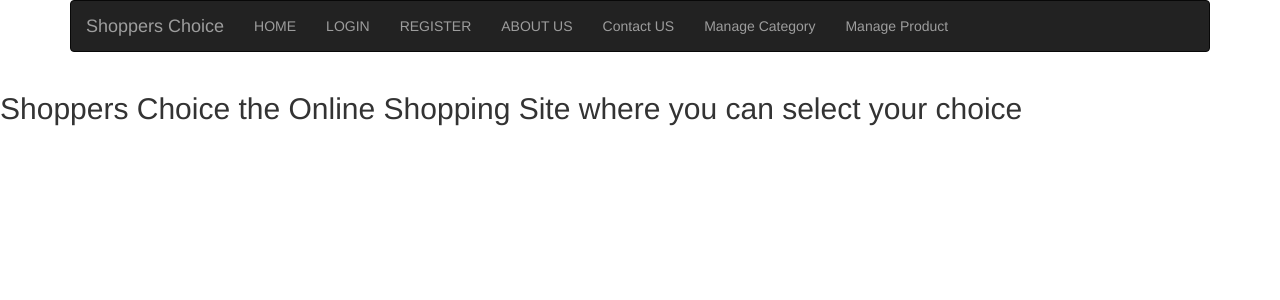
Repository: ShivaniSharma97/NewWorkspace
Page: http://localhost/ShoppersChoiceFrontend/WEB-INF/views/AboutUs.jsp
The author's editor kept a copy of each file at every save. The page is drawn from the files as they stood at one save, then again after the next save.
The browser window is 1280 px wide. The pictures show the whole page.
The page is served by Tomcat 9. Nobody is signed in. Other server files are loaded and not shown. The template is opened directly, without the code that normally fills it, so the values that code supplies are empty.

Above is the page before, as saved 2019-02-12 16:49:17.

### ShoppersChoiceFrontend/src/main/webapp/WEB-INF/views/AboutUs.jsp
<%@ page language="java" contentType="text/html"%>
<%@include file="Header.jsp" %>
<html>
<head>
<title></title>
<body>
<h2>Shoppers Choice the Online Shopping Site where you can select your choice</h2>
</body>
</html>

### ShoppersChoiceFrontend/src/main/webapp/WEB-INF/views/Header.jsp
<%@ page language="java" contentType="text/html"%>
<%@taglib uri="http://java.sun.com/jsp/jstl/core" prefix="c" %>
<html>
<head>
<meta charset="ISO-8859-1">
<title>$(pageinfo)Shoppers choice</title>
<link rel="stylesheet" href="https://maxcdn.bootstrapcdn.com/bootstrap/3.3.7/css/bootstrap.min.css">
<script src="https://ajax.googleapis.com/ajax/libs/jquery/3.3.1/jquery.min.js"></script>
<script src="https://maxcdn.bootstrapcdn.com/bootstrap/3.3.7/js/bootstrap.min.js"></script>
</head>
<body>
<Background img="C:\Users\ABHAY\Downloads.jfif" width="1300px" height="350px"/>
<div class="container">
    <nav class="navbar navbar-inverse">
        <div class="container-fluid">
           <div class="navbar-header">
               <a class="navbar-brand" href="#"> Shoppers Choice </a>
           </div>

           <ul class="nav navbar-nav">
             <li> <a href="home" />HOME </a></li>
             <li> <a href="login"/> LOGIN  </a></li>
             <li> <a href="register"/> REGISTER </a></li>
             <li> <a href="aboutUs"/> ABOUT US </a></li>
             <li> <a href="contactUs"/>Contact US </a></li>
             <li> <a href="category"/> Manage Category </a></li>
             <li> <a href="product"/> Manage Product </a></li>
             </ul>
             </div>
             </nav>
             </div>
             </body>
             </html>

After the next save:
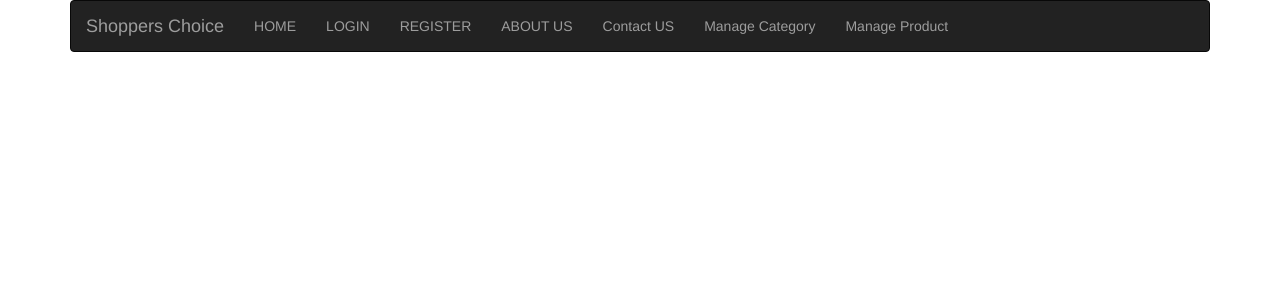
Saved 5 min 13 s later.
--- a/ShoppersChoiceFrontend/src/main/webapp/WEB-INF/views/AboutUs.jsp
+++ b/ShoppersChoiceFrontend/src/main/webapp/WEB-INF/views/AboutUs.jsp
@@ -4,6 +4,9 @@
 <head>
 <title></title>
 <body>
+<h1><marquee>Welcome to my page</h1>
+<h2><align="center">SHOPPERS CHOICE THE ONLINE SHOPPING STORE</h2>
+<H3></H3>
 <h2>Shoppers Choice the Online Shopping Site where you can select your choice</h2>
 </body>
 </html>
